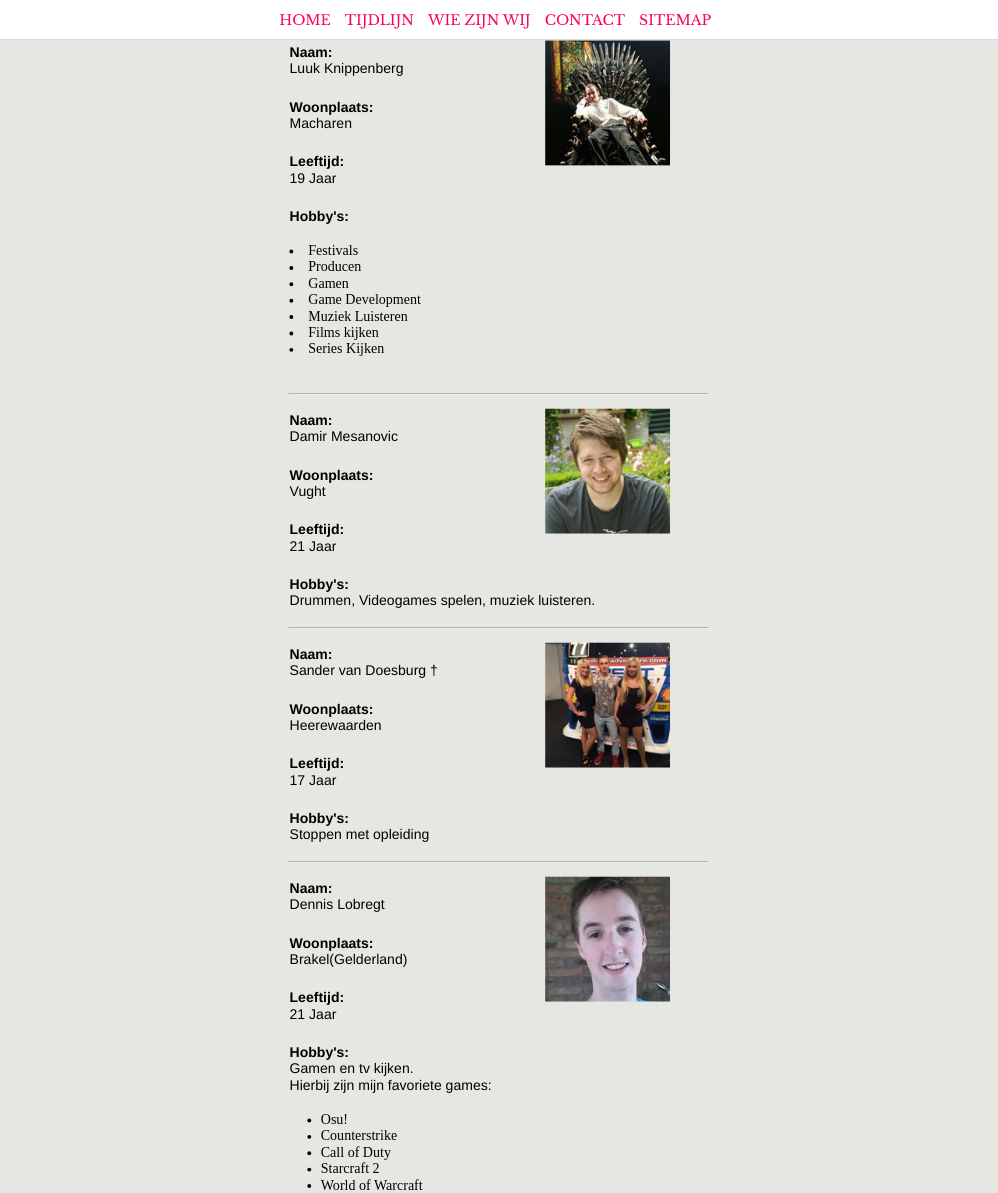
Repository: w1-knippenbergluuk/Applicatieontwikkelaar-2015-2016
Page: http://localhost/wiezijnwij.php
The author's editor kept a record of every edit. The page is drawn from the files as they stood at one moment, then again after the next edit.
The browser window is 1280 px wide. The pictures show the whole page, at 78% of full size.
The page is run by PHP 8.4 with error messages shown; the project is at /var/www/html/.

Above is the page before.
Console error: TypeError: Cannot read properties of null (reading 'addEventListener')

### Luuk/Periode1/Project/wiezijnwij.php
<!DOCTYPE html>

<html>
    <head>
        <title>Wie Zijn wij</title>

<!--PhP pagina header gevoegd-->
<?php
    include('includes/header.php');
?>
        <div id="wrapper">
            <div id="content">
                <div>
                    <!--plaatje van desbetreffende persoon-->
                    <img src="images\Luuk.jpg">
                    <p>
                        <span class="bold">Naam:</span><br>
                        Luuk Knippenberg
                    </p>
                    <p>
                        <span class="bold">Woonplaats: </span><br>
                        Macharen
                    </p>
                    <p>
                        <span class="bold">Leeftijd: </span><br>
                        19 Jaar
                    </p>
                    <p>
                        <span class="bold">Hobby's: </span><br>

                            <li>
                              Festivals
                            </li>
                            <li>
                                Producen
                            </li>
                            <li>
                                Gamen
                            </li>
                            <li>
                                Game Development
                            </li>
                            <li>
                                Muziek Luisteren
                            </li>
                            <li>
                                Films kijken
                            </li>
                            <li>
                                Series Kijken
                            </li>
                        </ul>
                    </p>
                </div>
                <hr>

                <div>
                    <!--plaatje van desbetreffende persoon-->
                    <img src="images\Damir.jpg">
                    <p><span class="bold">Naam:</span><br>
                        Damir Mesanovic</p>
                    <p><span class="bold">Woonplaats: </span><br>
                       Vught </p>
                    <p><span class="bold">Leeftijd: </span><br>
                        21 Jaar</p>
                    <p><span class="bold">Hobby's: </span><br>
                        Drummen, Videogames spelen, muziek luisteren.</p>
                </div>
                <hr>
                <div>
                    <!--plaatje van desbetreffende persoon-->
                    <img src="images\Viezeman.jpg">
                    <p><span class="bold">Naam:</span><br>
                        Sander van Doesburg &#8224;</p>
                    <p><span class="bold">Woonplaats: </span><br>
                        Heerewaarden</p>
                    <p><span class="bold">Leeftijd: </span><br>
                        17 Jaar</p>
                    <p><span class="bold">Hobby's: </span><br>
                        Stoppen met opleiding</p>
                </div>
                <hr>
                <div>
                    <!--plaatje van desbetreffende persoon-->
                    <img src="images\Dennis.jpg">
                    <p><span class="bold">Naam:</span><br>
                        Dennis Lobregt</p>
                    <p><span class="bold">Woonplaats: </span><br>
                        Brakel(Gelderland)</p>
                    <p><span class="bold">Leeftijd: </span><br>
                        21 Jaar</p>
                    <p><span class="bold">Hobby's: </span><br>
                        Gamen en tv kijken.<br>
                        Hierbij zijn mijn favoriete games:</p>
                    <ul>
                        <li>Osu!</li>
                        <li>Counterstrike</li>
                        <li>Call of Duty</li>
                        <li>Starcraft 2</li>
                        <li>World of Warcraft</li>
                    </ul>
                </div>

            </div>
        </div>
    </body>
</html>

### Luuk/Periode1/Project/includes/header.php
        <!--Fontstijl toegevoegd-->
        <link href='https://fonts.googleapis.com/css?family=Libre+Baskerville:400,700' rel='stylesheet' type='text/css'>
        <!--stylesheet toegevoed-->
        <link rel="stylesheet" href="css\stylesheet.css" type="text/css">

        <!--Javascript toegevoegd-->
        <script src="js/javascript.js" language="javascript" type="text/javascript"></script>
    </head>

    <body>
        <div id="header">
            <!--Menu website-->
            <ul>
                <a href="index.php"><li>HOME</li></a>
                <a href="tijdlijn.php"><li>TIJDLIJN</li></a>
                <a href="wiezijnwij.php"><li>WIE ZIJN WIJ</li></a>
                <a href="contact.php"><li>CONTACT</li></a>
                <a href="sitemap.php"><li>SITEMAP</li></a>
            </ul>
        </div>

### Luuk/Periode1/Project/css/stylesheet.css
/*body zonder rand*/
body {
    background-color: #E6E7E2;
    margin: 0;
    padding: 0;

}

/*dikgedrukte klasse*/
.bold{
    font-weight: bold;
}

/*Menu balk*/
#header   {
    /*scrolled mee naar beneden en boven*/
    position: fixed;
    background-color: #FFFFFF;
    height: 50px;
    /*hele pagina breed*/
    width:100%;
    margin: 0;
    padding: 0;
    /*randje onderkant*/
    border-bottom: 1px solid #D3D3D3;
    /*weergave boven andere content*/
    z-index:2;
    /*geen gat tussen bovenkant*/
    top: 0px;
}

/*Menu lijst*/
#header ul      {
    /*Centered via breedte*/
    margin: 0 auto;
    width:100%;
    position: relative;
    /*Geen list puntje*/
    list-style-type: none;
    padding: 0;
    /*text centreren*/
    text-align: center;
}

/*Lijst per item*/
#header ul li   {
    /*naast elkaar / block formaat*/
    display: inline-block;
    margin: 15px 10px 15px 0;
    padding: 0 2px 0 2px;
    font-family:Libre Baskerville;
}

/*link menu*/
#header ul a {
    color: #FF0052;
    font-size: 18px;
}

/*Link menu bij hover*/
#header ul a:hover {
    opacity: 0.6;
}

/*hele site*/
#wrapper     {
    width: 70%;
    margin: 0 auto;
}
/*inhoud tekst per pagina*/
#content     {
    position: relative;
    width: 60%;
    margin: 25px auto;
    padding: 0px 0px 0px 0px;
    bottom: 20px;
    top:27px;
    /*Paginaniveau 1, menu is 2 dus ligt boven content*/
    z-index:1;
    font-size: 18px;
}

/*Afbeelding content*/
#content img{
    /*Absolute positie zodat naast tekst terecht komt*/
    position: absolute;
    /*rechts van de pagina*/
    right: 50px;
}

/*tijdlijn pagina*/
#timeline {
    /*scroll menu horizontaal*/
    overflow-x: scroll;
    background-color: #E6E7E2;
    margin: 0 50px;
}

/*tijdlijn pagina*/
#year {
    position: relative;
    width: 3460px;
    list-style-type: none;
    padding: 0;
    margin: 20px;
}

/*tijdlijn pagina, listitems in jaartijden*/
#year li   {
    display: inline-block;
    margin-left: -4px;
    margin-bottom: -25px;
    padding: 6px;
    width: 150px;
    border-left: 1px solid #938172;
    border-right: 1px solid #938172;
    height: 40px;
    text-align: center;
    font-weight: bold;
    color: black;
}

/*tijdlijn pagina*/
#games{
    position: relative;
    width: 3460px;
    list-style-type: none;
    padding: 0;
    margin: 20px;
}

/*listitems games*/
#games li   {
    display: inline-block;
    margin-left: -4px;
    padding: 6px;
    background-color: #E6E7E2;
    border-left: 1px solid #938172;
    border-right: 1px solid #938172;
    width: 150px;
    height: 45px;
    text-align: center;
    /*tekst begint op dezelfde hoogte*/
    overflow-y: hidden;
}

/*link games bij hover*/
#games a:hover {
    /*doorzichtigheid minder*/
    opacity: 0.6;
}

#games a{
    color: #FF0052;
    font-weight:bold;
}

/*content tijdlijn*/
#description {
    margin-left: 50px;
    margin-right: 50px;
}

/*info bij tekst games*/
#requirement{
    position: relative;
    /*rechts van de tekst*/
    float: right;
    font-weight: bold;
    text-align: center;
    padding: 0px 0px 0px 50px;
}

/*afbeelding bij tekst games*/
#requirement img{
    width: 250px;
}

/*link in de content*/
#description a{
    text-decoration: none;
    font-weight: bold;
    color: #FF0052;
}

#description a:hover{
    opacity: 0.5;
}

/*Algemene paragraaf settings*/
p     {
    font-family: helvetica, arial, sans-serif;
    padding: 5px 0px 5px 0px;
}

/*algemene Header Niveau 1 settings*/
h1 {
    padding: 10px 0px 10px 0px;
}

/*header niveau 2 in content*/
#content h2{
    text-align: center;
    margin: 50px 0;
}

/*opvullen voor ankers*/
.fill{
    /*hoogte gelijk aan menu*/
    height: 35px;
    position: relative;
}

/*content tijdlijn per game*/
.hidden {
    display: block;
    height: 100%;
}

#hl3     {
    font-size: 5px;
}

/*menu footer*/
#tijdlijn     {
    height: 50px;
    background-color: white;
    position:fixed;
    bottom:0px;
    width:100%;
    border-top: 1px solid #D3D3D3;
}

/*menu footer*/
#jaartallen{
    position: relative;
    width: 100%;
    list-style-type: none;
    padding: 0px 0px 10px 0px;
    margin: 20px;
    text-align: center;

}

/*menu items footer*/
#jaartallen li   {
    display: inline-block;
    margin-left: -4px;
    padding: 0px 6px 0px 0px;
    background-color: white;
    width: 40px;
    height: 40px;
    text-align: center;
}

/*footer links bij hover*/
#jaartallen a:hover {
    opacity: 0.6;
}

/*footer links*/
#jaartallen a{
    color: #FF0052;
}

/*bottom klasse*/
.bottom     {
    padding-bottom: 100px;
}

#klok {
    width:100%;
}

/* @media Rule */
@media all and (max-width: 1024px) {

    /*andere css zodra je minder dan 1024 px hebt*/
    .hidden     {
        height: 100%;
    }

    #wrapper     {
        width:100%;
    }

    #jaartallen li   {
    padding: 0px 2px 0px 0px;
}

}

### Luuk/Periode1/Project/js/javascript.js




var test = document.getElementById('luuk').addEventListener("click", function(){
    alert('Damir is een sukkel!');
});

After the next edit:
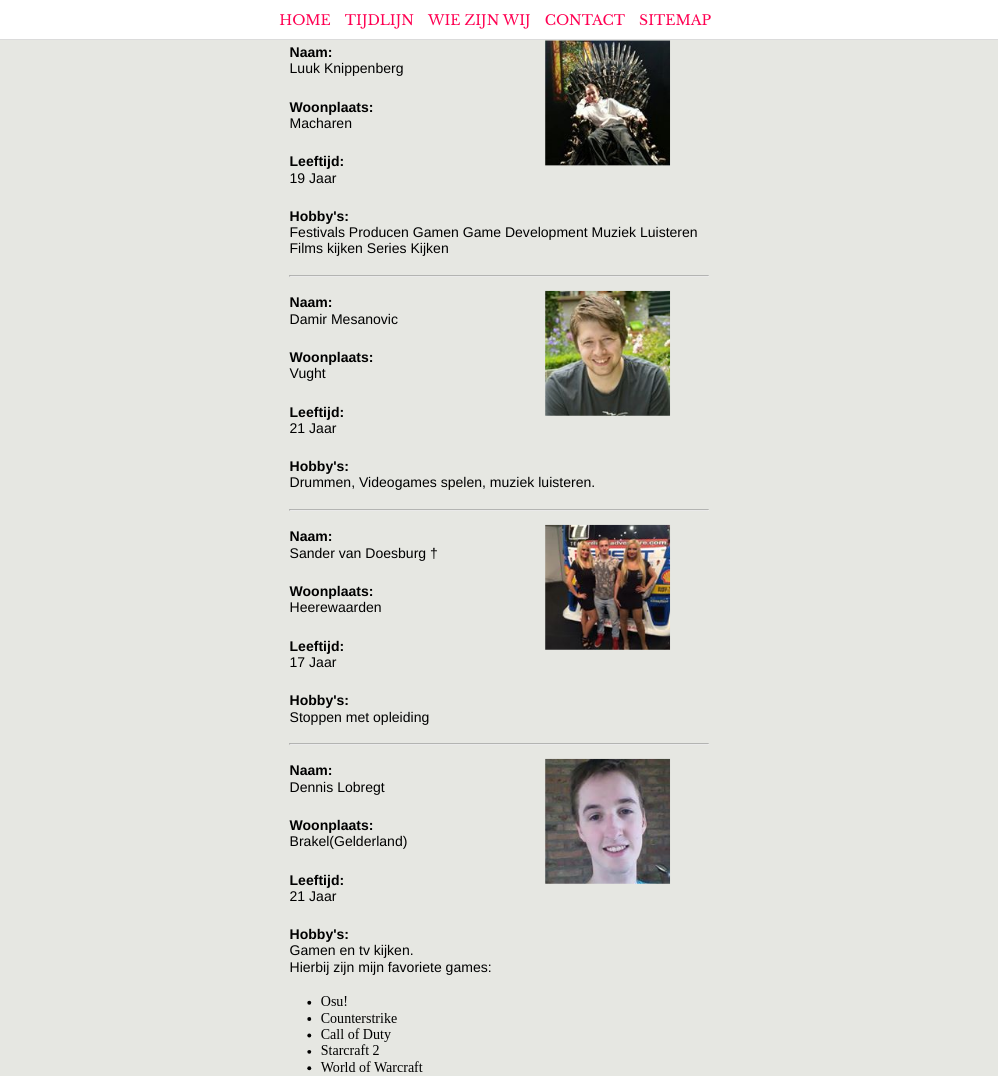
The edit:
--- a/Luuk/Periode1/Project/wiezijnwij.php
+++ b/Luuk/Periode1/Project/wiezijnwij.php
@@ -27,29 +27,14 @@
                     </p>
                     <p>
                         <span class="bold">Hobby's: </span><br>
+                              Festivals
+                                Producen
+                                Gamen
+                                Game Development
+                                Muziek Luisteren
+                                Films kijken
+                                Series Kijken
 
-                            <li>
-                              Festivals
-                            </li>
-                            <li>
-                                Producen
-                            </li>
-                            <li>
-                                Gamen
-                            </li>
-                            <li>
-                                Game Development
-                            </li>
-                            <li>
-                                Muziek Luisteren
-                            </li>
-                            <li>
-                                Films kijken
-                            </li>
-                            <li>
-                                Series Kijken
-                            </li>
-                        </ul>
                     </p>
                 </div>
                 <hr>
